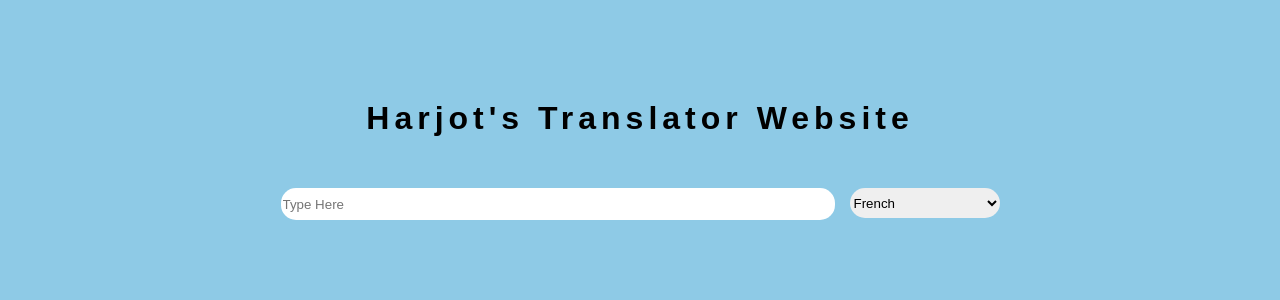
Repository: Harjot00/Pythonpractice
Page: Translator/homepage.html
The author's editor kept a copy of each file at every save. The page is drawn from the files as they stood at one save, then again after the next save.
The browser window is 1280 px wide. The pictures show the whole page.
Some web fonts or font styles are not loaded; a fallback is used.

Above is the page before, as saved 2022-03-06 18:55:56.

After the next save:
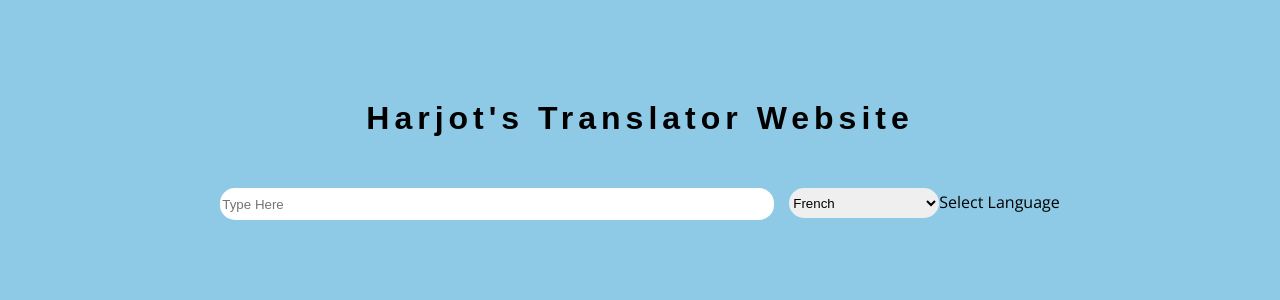
Saved 4 min 51 s later.
--- a/Translator/homepage.html
+++ b/Translator/homepage.html
@@ -20,7 +20,7 @@
                 <option value="saab">Italian</option>
                 <option value="opel">German</option>
                 <option value="audi">Chinese</option>
-            </select>
+            </select>Select Language
         </form>
 
     </div>

After the save that followed:
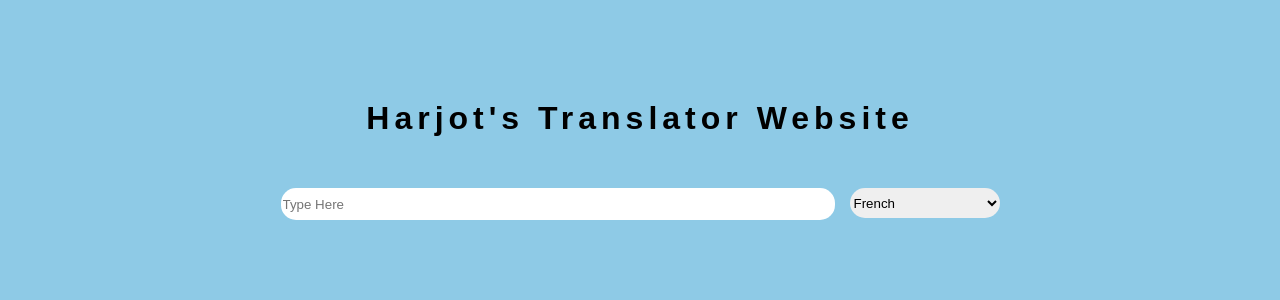
Saved 26 s later.
--- a/Translator/homepage.html
+++ b/Translator/homepage.html
@@ -15,12 +15,12 @@
     <div style = "display: flex; justify-content: center;">
         <input type="text" id="entry" placeholder="Type Here"></input>
         <form id="language">
-            <select >
+            <select>Select Language
                 <option value="volvo">French</option>
                 <option value="saab">Italian</option>
                 <option value="opel">German</option>
                 <option value="audi">Chinese</option>
-            </select>Select Language
+            </select>
         </form>
 
     </div>
